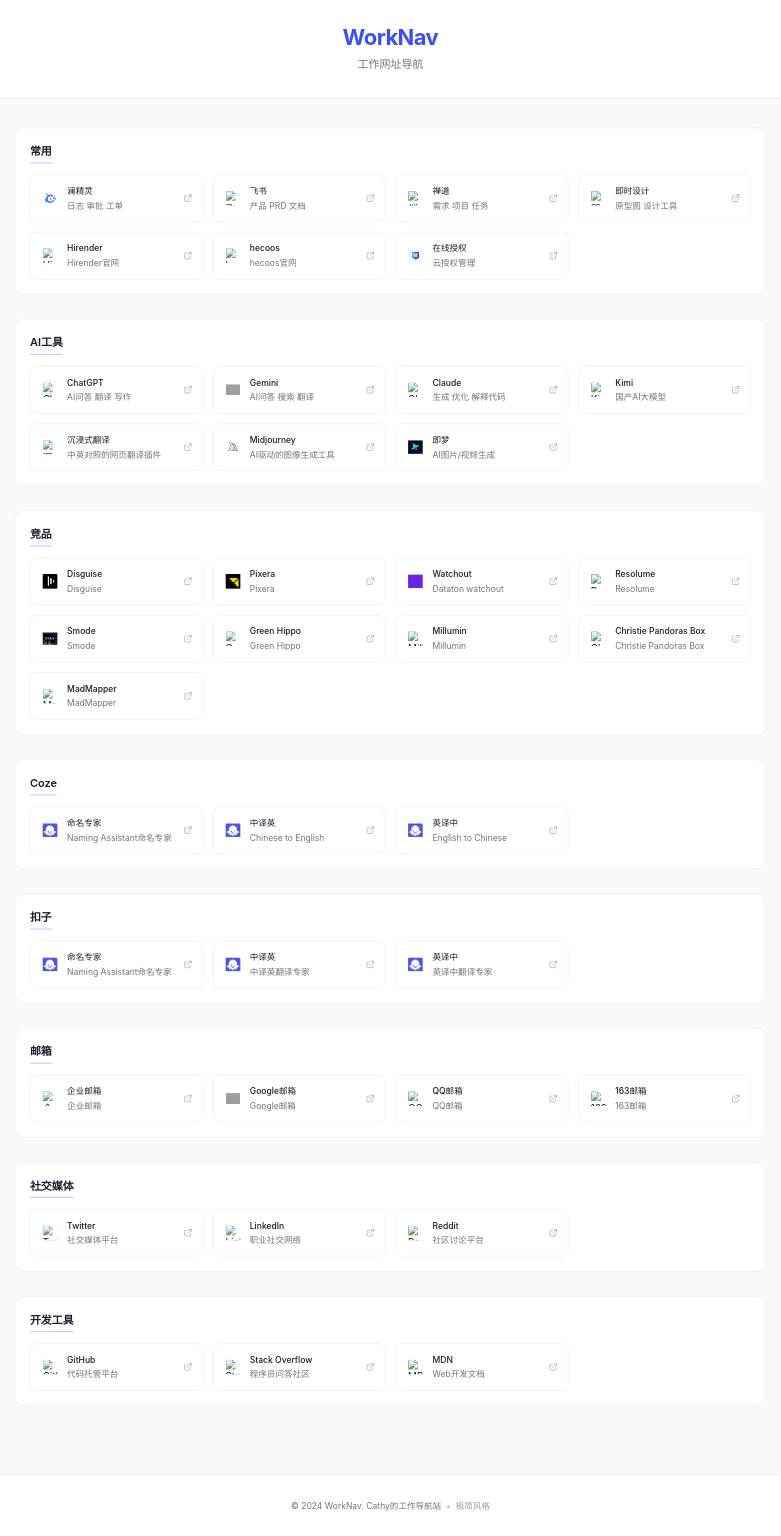
Repository: SweetPomelo0/WorkNav
Page: /
The author's editor kept a copy of each file at every save. The page is drawn from the files as they stood at one save, then again after the next save.
The browser window is 1280 px wide. The pictures show the whole page, at 61% of full size.
Pictures or frames that could not be fetched are drawn as grey boxes. The project was rebuilt for these pictures with package versions that can differ from the ones it lists, and the page was loaded fresh each time. The framework's server and built-in components were replaced by stand-ins that run in the browser. Also part of the build but not shown: next.config.ts.

Above is the page before, as saved 2025-07-26 20:57:33.

### src/app/layout.tsx
import type { Metadata } from "next";
import { Geist, Geist_Mono } from "next/font/google";
import "./globals.css";

const geistSans = Geist({
  variable: "--font-geist-sans",
  subsets: ["latin"],
});

const geistMono = Geist_Mono({
  variable: "--font-geist-mono",
  subsets: ["latin"],
});

export const metadata: Metadata = {
  title: "WorkNav - 工作网址导航",
  description: "一个简洁的工作网址导航页面",
};

export default function RootLayout({
  children,
}: Readonly<{
  children: React.ReactNode;
}>) {
  return (
    <html lang="en">
      <body
        className={`${geistSans.variable} ${geistMono.variable} antialiased`}
      >
        {children}
      </body>
    </html>
  );
}

### src/app/page.tsx
export default function Home() {
  // 定义导航分类和链接
  const categories = [
    {
      title: "常用",
      links: [
        { name: "澜精灵", url: "https://www.lanerp.com/Admin/index/index.html", desc: "日志 审批 工单", icon: "/img/lanjingling.png" },
        { name: "飞书", url: "https://enlightv.feishu.cn/wiki/D6Z1wOai9iVI4bkVlumcJprDn2e?fromScene=spaceOverview", desc: "产品 PRD 文档", icon: "https://feishu.cn/favicon.ico" },
        { name: "禅道", url: "https://enlightv.zentaopm.com/my/", desc: "需求 项目 任务", icon: "https://enlightv.zentaopm.com/favicon.ico" },
        { name: "即时设计", url: "https://js.design/recent", desc: "原型图 设计工具", icon: "https://img.js.design/assets/webImg/favicon.ico" },
        { name: "Hirender", url: "https://www.hirender.com/#/home", desc: "Hirender官网", icon: "https://www.hirender.com/favicon.ico" },
        { name: "hecoos", url: "https://www.hecoos.com/web/#/home", desc: "hecoos官网", icon: "https://www.hecoos.com/favicon.ico" },
        { name: "在线授权", url: "https://license.enlightv.com/web/", desc: "云授权管理", icon: "data:[embedded picture, 6295 characters]" },
      ]
    },
    {
      title: "AI工具",
      links: [
        { name: "ChatGPT", url: "https://chatgpt.com/", desc: "AI问答 翻译 写作", icon: "https://cdn.oaistatic.com/assets/favicon-180x180-od45eci6.webp" },
        { name: "Gemini", url: "https://gemini.google.com/app", desc: "AI问答 搜索 翻译", icon: "https://www.gstatic.com/lamda/images/gemini_sparkle_4g_512_lt_f94943af3be039176192d.png" },
        { name: "Claude", url: "https://claude.ai/", desc: "生成 优化 解释代码", icon: "https://claude.ai/favicon.ico" },
        { name: "Kimi", url: "https://www.kimi.com/", desc: "国产AI大模型", icon: "https://www.kimi.com/favicon.ico" },
        { name: "沉浸式翻译", url: "https://immersivetranslate.com/zh-Hans/?utm_source=ai-bot.cn", desc: "中英对照的网页翻译插件", icon: "https://immersivetranslate.com/favicon.ico" },
        { name: "Midjourney", url: "https://www.midjourney.com/explore?tab=video_top", desc: "AI驱动的图像生成工具", icon: "/img/mj.png" },
        { name: "即梦", url: "https://jimeng.jianying.com/ai-tool/home", desc: "AI图片/视频生成", icon: "/img/jimeng.png" }

      ]
    },
    {
      title: "竞品",
      links: [
        { name: "Disguise", url: "https://www.disguise.one/en", desc: "Disguise", icon: "/img/disguise.png" },
        { name: "Pixera", url: "https://pixera.one/zh/software/overview/", desc: "Pixera", icon: "/img/pixera.png" },
        { name: "Watchout", url: "https://www.dataton.com/", desc: "Dataton watchout", icon: "/img/watchout.png" },
        { name: "Resolume", url: "https://resolume.com/", desc: "Resolume", icon: "https://resolume.com/images/favicons/apple-touch-icon.png" },
        { name: "Smode", url: "https://www.smode.io/en/", desc: "Smode", icon: "/img/smode.png" },
        { name: "Green Hippo", url: "https://www.green-hippo.com/", desc: "Green Hippo", icon: "https://www.green-hippo.com/wp-content/themes/greenhippo/assets/icons/favicon.ico" },
        { name: "Millumin", url: "https://millumin.com/v5/index.php", desc: "Millumin", icon: "https://www.millumin.com/favicon/apple-icon-180x180.png" },
        { name: "Christie Pandoras Box", url: "https://www.christiedigital.com/products/christie-pandoras-box/", desc: "Christie Pandoras Box", icon: "https://www.christiedigital.com/apple-touch-icon.png" },
        { name: "MadMapper", url: "https://madmapper.com/madmapper/software", desc: "MadMapper", icon: "https://madmapper.com/images/favicon/apple-touch-icon.png" }

      ]
    },
    {
      title: "Coze",
      links: [
        { name: "命名专家", url: "https://www.coze.com/store/agent/7530562770308956161?bot_id=true", desc: "Naming Assistant命名专家", icon: "/img/coze.png" },
        { name: "中译英", url: "https://www.coze.com/store/agent/7530572378075152440?bot_id=true", desc: "Chinese to English", icon: "/img/coze.png" },
        { name: "英译中", url: "https://www.coze.com/store/agent/7530572202144694273?bot_id=true", desc: "English to Chinese", icon: "/img/coze.png" }
      ]
    },
    {
      title: "扣子",
      links: [
        { name: "命名专家", url: "https://www.coze.cn/store/agent/7530571775823577130?bot_id=true", desc: "Naming Assistant命名专家", icon: "/img/coze.png" },
        { name: "中译英", url: "https://www.coze.cn/store/agent/7530581452909035572?bot_id=true", desc: "中译英翻译专家", icon: "/img/coze.png" },
        { name: "英译中", url: "https://www.coze.cn/store/agent/7530581958234193970?bot_id=true", desc: "英译中翻译专家", icon: "/img/coze.png" }
      ]
    },
    {
      title: "邮箱",
      links: [
        { name: "企业邮箱", url: "https://exmail.qq.com/cgi-bin/frame_html?sid=qPUC22bEtIEF7kUt,2&sign_type=&r=586a2a390ca023395a120877ca5870f0", desc: "企业邮箱", icon: "https://exmail.qq.com/favicon.ico" },
        { name: "Google邮箱", url: "https://mail.google.com/mail/u/0/#inbox", desc: "Google邮箱", icon: "https://ssl.gstatic.com/ui/v1/icons/mail/rfr/gmail.ico" },
        { name: "QQ邮箱", url: "https://mail.qq.com/", desc: "QQ邮箱", icon: "https://mail.qq.com/favicon.ico" },
        { name: "163邮箱", url: "https://mail.163.com/", desc: "163邮箱", icon: "https://mail.163.com/favicon.ico" }
      ]
    },
    {
      title: "社交媒体",
      links: [
        { name: "Twitter", url: "https://twitter.com", desc: "社交媒体平台", icon: "https://twitter.com/favicon.ico" },
        { name: "LinkedIn", url: "https://www.linkedin.com", desc: "职业社交网络", icon: "https://www.linkedin.com/favicon.ico" },
        { name: "Reddit", url: "https://www.reddit.com", desc: "社区讨论平台", icon: "https://www.reddit.com/favicon.ico" }
      ]
    },
    {
      title: "开发工具",
      links: [
        { name: "GitHub", url: "https://github.com", desc: "代码托管平台", icon: "https://github.com/favicon.ico" },
        { name: "Stack Overflow", url: "https://stackoverflow.com", desc: "程序员问答社区", icon: "https://stackoverflow.com/favicon.ico" },
        { name: "MDN", url: "https://developer.mozilla.org", desc: "Web开发文档", icon: "https://developer.mozilla.org/favicon.ico" },
      ]
    }

  ];

  return (
    <div className="min-h-screen" style={{ background: 'var(--background)', color: 'var(--text-primary)' }}>
      {/* Header */}
      <header style={{ background: 'var(--header-bg)', borderBottom: '1px solid var(--card-border)' }}>
        <div className="max-w-7xl mx-auto px-6 py-10">
          <div className="text-center">
            <h1 className="text-4xl font-bold mb-3 tracking-tight bg-clip-text text-transparent bg-gradient-to-r from-blue-600 to-indigo-600 dark:from-blue-400 dark:to-indigo-400">WorkNav</h1>
            <p className="text-lg" style={{ color: 'var(--text-secondary)' }}>工作网址导航</p>
          </div>
        </div>
      </header>

      {/* Main Content */}
       <main className="max-w-7xl mx-auto px-6 py-12">
         <div className="space-y-10">
           {categories.map((category, index) => (
             <div
               key={index}
               style={{
                 background: 'var(--card-bg)',
                 borderColor: 'var(--card-border)'
               }}
               className="rounded-2xl border p-6 transition-all duration-300 hover:shadow-lg"
             >
               <h2
                 className="text-lg font-semibold mb-6 relative inline-block"
                 style={{ color: 'var(--text-primary)' }}
               >
                 <span className="relative z-10">{category.title}</span>
                 <span
                  className="absolute bottom-0 left-0 w-full h-0.5 rounded-full opacity-30"
                  style={{ background: 'var(--accent)', transform: 'translateY(6px)' }}
                ></span>
               </h2>
               <div className="grid grid-cols-1 sm:grid-cols-2 lg:grid-cols-3 xl:grid-cols-4 gap-4">
                 {category.links.map((link, linkIndex) => (
                   <a
                     key={linkIndex}
                     href={link.url}
                     target="_blank"
                     rel="noopener noreferrer"
                     style={{
                       borderColor: 'var(--card-border)',
                       background: 'var(--card-bg)'
                     }}
                     className="block p-4 rounded-xl border hover:shadow-md transition-all duration-200 group relative"
                   >

                     <div className="flex items-center justify-between">
                       <div className="flex items-center flex-1">
                         <div className="w-8 h-8 mr-3 flex-shrink-0 flex items-center justify-center">
                           {link.icon ? (
                             <img
                               src={link.icon}
                               alt={`${link.name} icon`}
                               className="w-6 h-6 object-contain"
                             />
                           ) : (
                             <div
                               style={{ background: 'var(--card-hover)' }}
                               className="w-6 h-6 rounded-md flex items-center justify-center"
                             >
                               <span style={{ color: 'var(--text-secondary)' }} className="text-xs font-medium">
                                 {link.name.charAt(0).toUpperCase()}
                               </span>
                             </div>
                           )}
                         </div>
                         <div className="flex-1">
                           <h3
                             style={{ color: 'var(--text-primary)' }}
                             className="text-sm font-medium group-hover:text-blue-600 dark:group-hover:text-blue-400 transition-colors"
                           >
                             {link.name}
                           </h3>
                           <p
                             style={{ color: 'var(--text-secondary)' }}
                             className="text-sm mt-1"
                           >
                             {link.desc}
                           </p>
                         </div>
                       </div>
                       <svg
                         className="w-4 h-4 transition-colors ml-3 flex-shrink-0 group-hover:translate-x-1"
                         style={{ color: 'var(--text-tertiary)' }}
                         fill="none"
                         stroke="currentColor"
                         viewBox="0 0 24 24"
                       >
                         <path
                           strokeLinecap="round"
                           strokeLinejoin="round"
                           strokeWidth={2}
                           d="M10 6H6a2 2 0 00-2 2v10a2 2 0 002 2h10a2 2 0 002-2v-4M14 4h6m0 0v6m0-6L10 14"
                         />
                       </svg>
                     </div>
                   </a>
                 ))}
               </div>
             </div>
           ))}
         </div>
       </main>

      {/* Footer */}
      <footer style={{ borderTop: '1px solid var(--card-border)', background: 'var(--footer-bg)' }} className="mt-16">
        <div className="max-w-7xl mx-auto px-6 py-10">
          <div className="text-center">
            <p style={{ color: 'var(--text-secondary)' }} className="text-sm">
              © 2024 WorkNav. Cathy的工作导航站
              <span className="inline-block mx-2 opacity-50">•</span>
              <span className="opacity-70">极简风格</span>
            </p>
          </div>
        </div>
      </footer>
    </div>
  );
}

### src/app/globals.css
@import "tailwindcss";

:root {
  --background: #f8f9fa;
  --foreground: #1a1a2e;
  --card-bg: #ffffff;
  --card-border: #e9ecef;
  --card-hover: #f1f3f5;
  --accent: #4361ee;
  --accent-hover: #3a56d4;
  --text-primary: #1a1a2e;
  --text-secondary: #6c757d;
  --text-tertiary: #adb5bd;
  --header-bg: #ffffff;
  --footer-bg: #ffffff;
}

@theme inline {
  --color-background: var(--background);
  --color-foreground: var(--foreground);
  --font-sans: var(--font-geist-sans);
  --font-mono: var(--font-geist-mono);
}

@media (prefers-color-scheme: dark) {
  :root {
    --background: #121212;
    --foreground: #f8f9fa;
    --card-bg: #1e1e1e;
    --card-border: #2d2d2d;
    --card-hover: #2a2a2a;
    --accent: #4361ee;
    --accent-hover: #5a72f0;
    --text-primary: #f8f9fa;
    --text-secondary: #adb5bd;
    --text-tertiary: #6c757d;
    --header-bg: #1a1a1a;
    --footer-bg: #1a1a1a;
  }
}

body {
  background: var(--background);
  color: var(--foreground);
  font-family: 'Inter', -apple-system, BlinkMacSystemFont, 'Segoe UI', Roboto, Oxygen, Ubuntu, Cantarell, 'Open Sans', 'Helvetica Neue', sans-serif;
}

/* 平滑滚动和过渡效果 */
html {
  scroll-behavior: smooth;
}

* {
  transition: background-color 0.2s ease, border-color 0.2s ease, transform 0.2s ease;
}

/* 自定义滚动条 */
::-webkit-scrollbar {
  width: 8px;
  height: 8px;
}

::-webkit-scrollbar-track {
  background: transparent;
}

::-webkit-scrollbar-thumb {
  background: var(--text-tertiary);
  border-radius: 4px;
}

::-webkit-scrollbar-thumb:hover {
  background: var(--text-secondary);
}

After the next save:
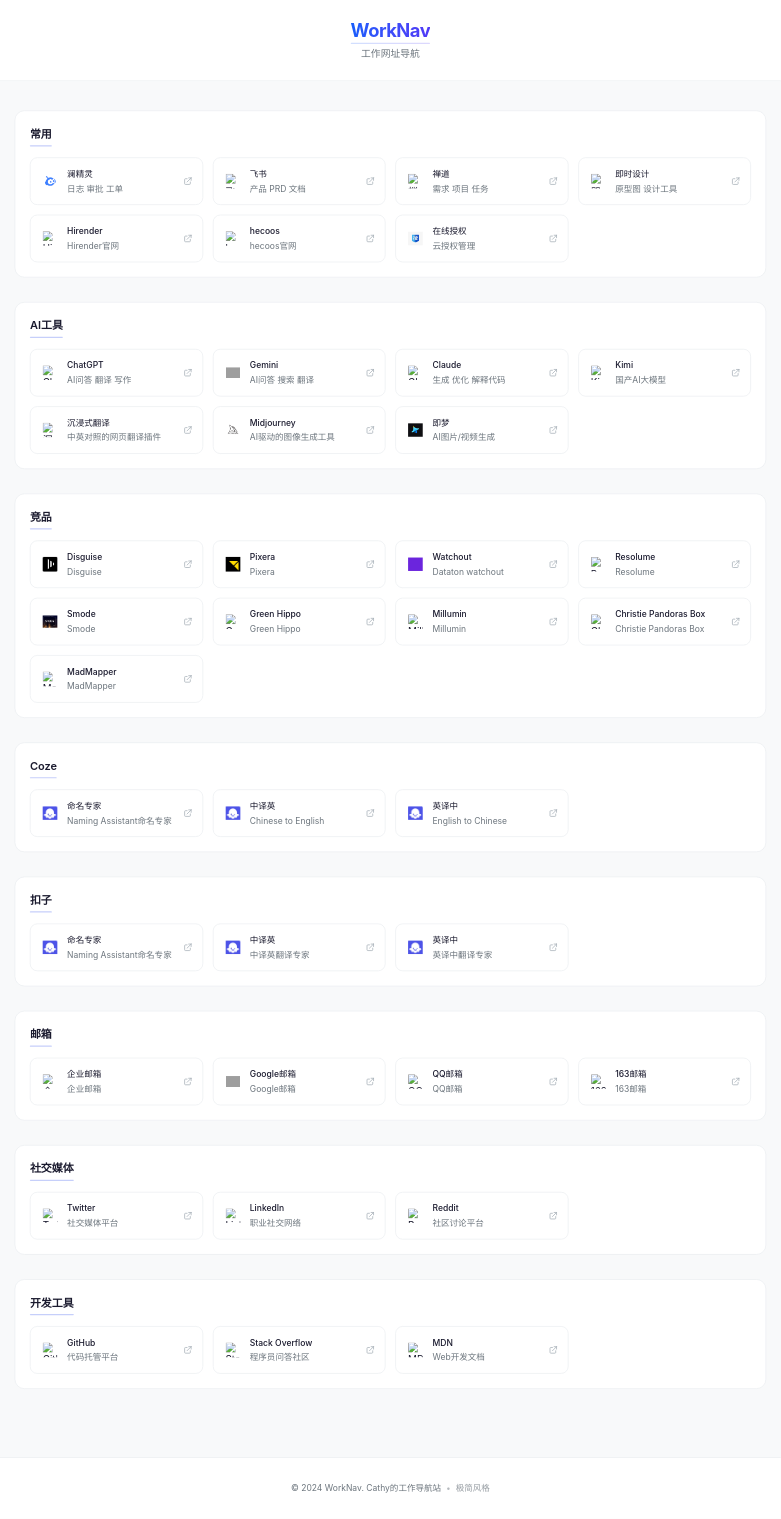
Saved 37 s later.
--- a/src/app/page.tsx
+++ b/src/app/page.tsx
@@ -89,10 +89,10 @@
     <div className="min-h-screen" style={{ background: 'var(--background)', color: 'var(--text-primary)' }}>
       {/* Header */}
       <header style={{ background: 'var(--header-bg)', borderBottom: '1px solid var(--card-border)' }}>
-        <div className="max-w-7xl mx-auto px-6 py-10">
-          <div className="text-center">
-            <h1 className="text-4xl font-bold mb-3 tracking-tight bg-clip-text text-transparent bg-gradient-to-r from-blue-600 to-indigo-600 dark:from-blue-400 dark:to-indigo-400">WorkNav</h1>
-            <p className="text-lg" style={{ color: 'var(--text-secondary)' }}>工作网址导航</p>
+        <div className="max-w-7xl mx-auto px-6 py-8">
+          <div className="text-center relative">
+            <h1 className="text-3xl font-bold mb-2 tracking-tight bg-clip-text text-transparent bg-gradient-to-r from-blue-600 to-indigo-600 dark:from-blue-400 dark:to-indigo-400 inline-block relative">WorkNav<span className="absolute -bottom-1 left-0 w-full h-0.5 bg-gradient-to-r from-blue-600/20 to-indigo-600/20 dark:from-blue-400/20 dark:to-indigo-400/20 rounded-full"></span></h1>
+            <p className="text-base" style={{ color: 'var(--text-secondary)' }}>工作网址导航</p>
           </div>
         </div>
       </header>

After the save that followed:
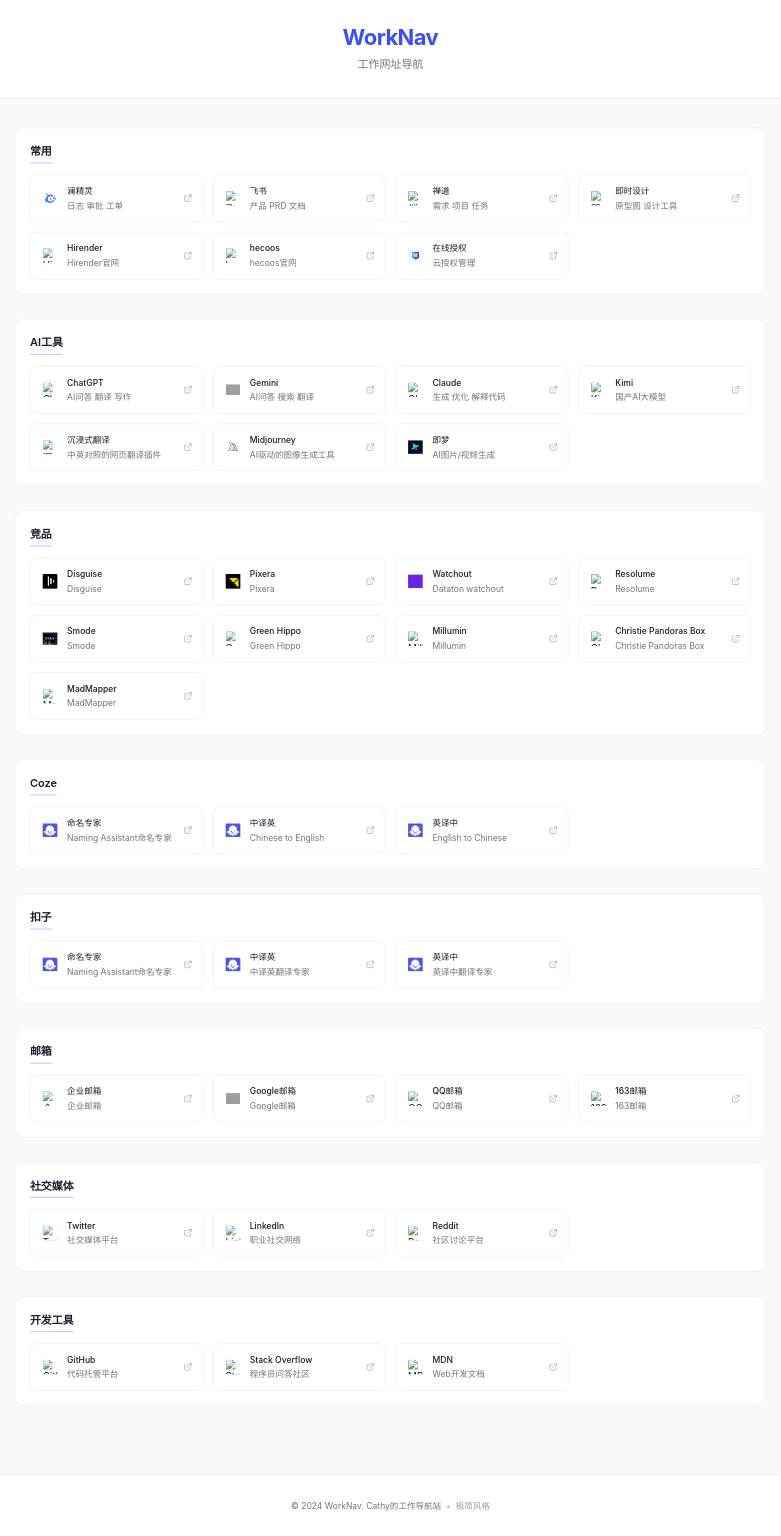
Saved 34 s later.
--- a/src/app/page.tsx
+++ b/src/app/page.tsx
@@ -89,10 +89,10 @@
     <div className="min-h-screen" style={{ background: 'var(--background)', color: 'var(--text-primary)' }}>
       {/* Header */}
       <header style={{ background: 'var(--header-bg)', borderBottom: '1px solid var(--card-border)' }}>
-        <div className="max-w-7xl mx-auto px-6 py-8">
-          <div className="text-center relative">
-            <h1 className="text-3xl font-bold mb-2 tracking-tight bg-clip-text text-transparent bg-gradient-to-r from-blue-600 to-indigo-600 dark:from-blue-400 dark:to-indigo-400 inline-block relative">WorkNav<span className="absolute -bottom-1 left-0 w-full h-0.5 bg-gradient-to-r from-blue-600/20 to-indigo-600/20 dark:from-blue-400/20 dark:to-indigo-400/20 rounded-full"></span></h1>
-            <p className="text-base" style={{ color: 'var(--text-secondary)' }}>工作网址导航</p>
+        <div className="max-w-7xl mx-auto px-6 py-10">
+          <div className="text-center">
+            <h1 className="text-4xl font-bold mb-3 tracking-tight bg-clip-text text-transparent bg-gradient-to-r from-blue-600 to-indigo-600 dark:from-blue-400 dark:to-indigo-400">WorkNav</h1>
+            <p className="text-lg" style={{ color: 'var(--text-secondary)' }}>工作网址导航</p>
           </div>
         </div>
       </header>
